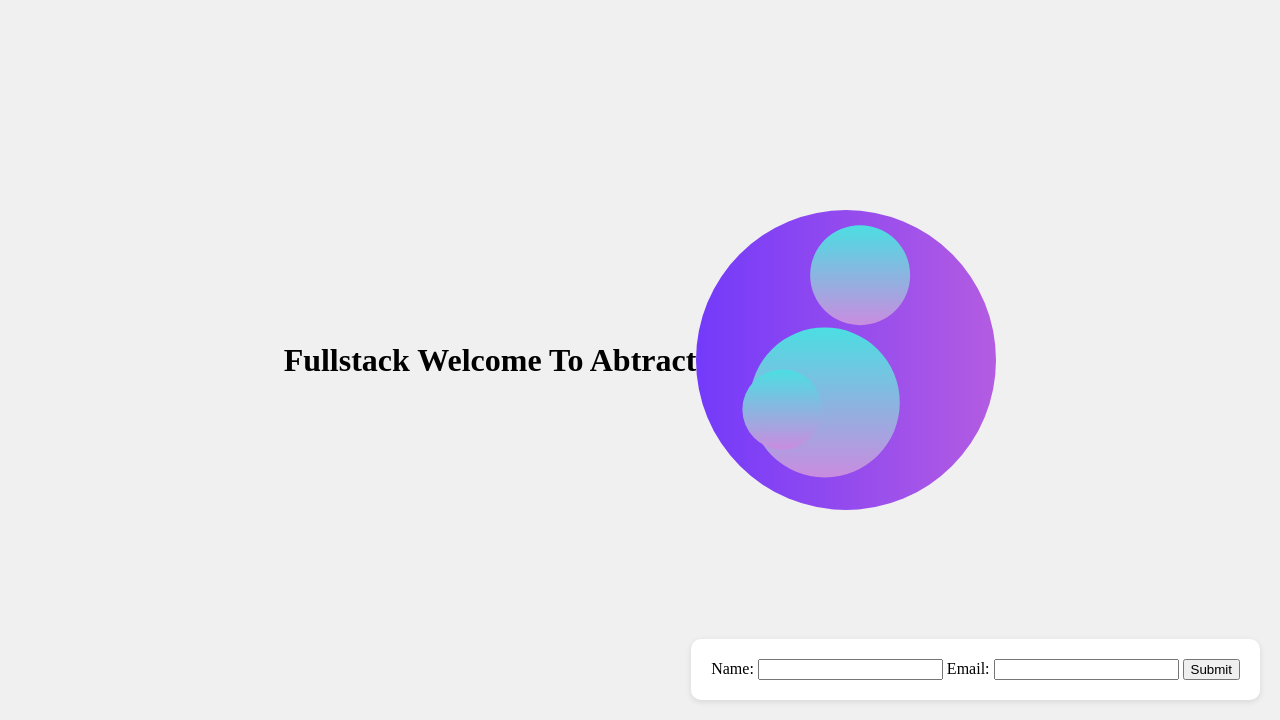
Repository: Melinda-Nanjad-Personal-Website/Personal-web
Page: picasso.html
An editor plug-in stored every save of this project. The page is shown before and after the next save, followed by the edit.
The browser window is 1280 px wide. The pictures show the whole page.

Above is the page before, as saved 2023-08-18 13:10:18.

### picasso.html
<!DOCTYPE html>
<html lang="en">
  <head>
    <meta charset="UTF-8" />
    <meta name="viewport" content="width=device-width, initial-scale=1.0" />
    <title>Document</title>
  </head>
  <link rel="stylesheet" href="picasso.css" />
  <body>
    <h1>Fullstack Welcome To Abtract</h1>

    <div class="artwork">
      <!-- Your abstract artwork goes here -->
    </div>

    <form class="interested-form" action="formsubmitted.html">
      <label for="name">Name:</label>
      <input type="text" id="name" name="name" required />

      <label for="email">Email:</label>
      <input type="email" id="email" name="email" required />

      <button type="submit">Submit</button>
    </form>
    <!DOCTYPE html>
    <html>
      <head>
        <title>Abstract Painting with CSS</title>
        <style>
          body {
            margin: 0;
            display: flex;
            align-items: center;
            justify-content: center;
            min-height: 100vh;
            background-color: #f0f0f0;
          }

          .abstract-painting {
            width: 300px;
            height: 300px;
            background: linear-gradient(45deg, #6633ff, #c163dd);
            border-radius: 50%;
            position: relative;
            transform: rotate(45deg);
            overflow: hidden;
          }

          .circle {
            position: absolute;
            width: 100px;
            height: 100px;
            background: linear-gradient(-45deg, #e47bdf, #31efe2);
            border-radius: 50%;
          }

          .circle-1 {
            top: 30px;
            left: 50px;
          }

          .circle-2 {
            top: 120px;
            right: 60px;
            width: 150px;
            height: 150px;
          }

          .circle-3 {
            bottom: 30px;
            left: 100px;
            width: 80px;
            height: 80px;
          }
        </style>
      </head>
      <body>
        <div class="abstract-painting">
          <div class="circle circle-1"></div>
          <div class="circle circle-2"></div>
          <div class="circle circle-3"></div>
        </div>
      </body>
    </html>
  </body>
</html>

### picasso.css
/* Reset some default styles */
body,
h1,
h2,
p {
  margin: 0;
  padding: 0;
}

/* Create a container for the artwork */
.artwork {
  display: flex;
  justify-content: center;
  align-items: center;
  min-height: 100vh; /* Viewport height */
  background-color: #a74cd1;
}

.abstract-painting {
  width: 300px;
  height: 300px;
  background: linear-gradient(45deg, #29dedb, #008cba);
  border-radius: 50%;
  position: relative;
  transform: rotate(45deg);
  overflow: hidden;
}

.circle {
  position: absolute;
  width: 100px;
  height: 100px;
  background: linear-gradient(-45deg, #c951b3, #e23d88);
  border-radius: 50%;
}

.circle-1 {
  top: 30px;
  left: 50px;
}

.circle-2 {
  top: 120px;
  right: 60px;
  width: 150px;
  height: 150px;
}

.circle-3 {
  bottom: 30px;
  left: 100px;
  width: 80px;
  height: 80px;
}

/* Styling for the form */
.interested-form {
  position: fixed;
  bottom: 20px;
  right: 20px;
  background-color: rgb(255, 255, 255);
  padding: 20px;
  border-radius: 10px;
  box-shadow: 0 2px 6px rgba(0, 0, 0, 0.1);
  z-index: 10; /* Ensure the form is on top */
}

/* Apply responsive design using media queries */
@media screen and (max-width: 1680px) {
  .artwork {
    background-color: #eee;
  }
}

@media screen and (max-width: 1024px) {
  .interested-form {
    bottom: 10px;
    right: 10px;
  }
}

@media screen and (max-width: 480px) {
  .interested-form {
    bottom: 5px;
    right: 5px;
    padding: 10px;
  }
}

After the next save:
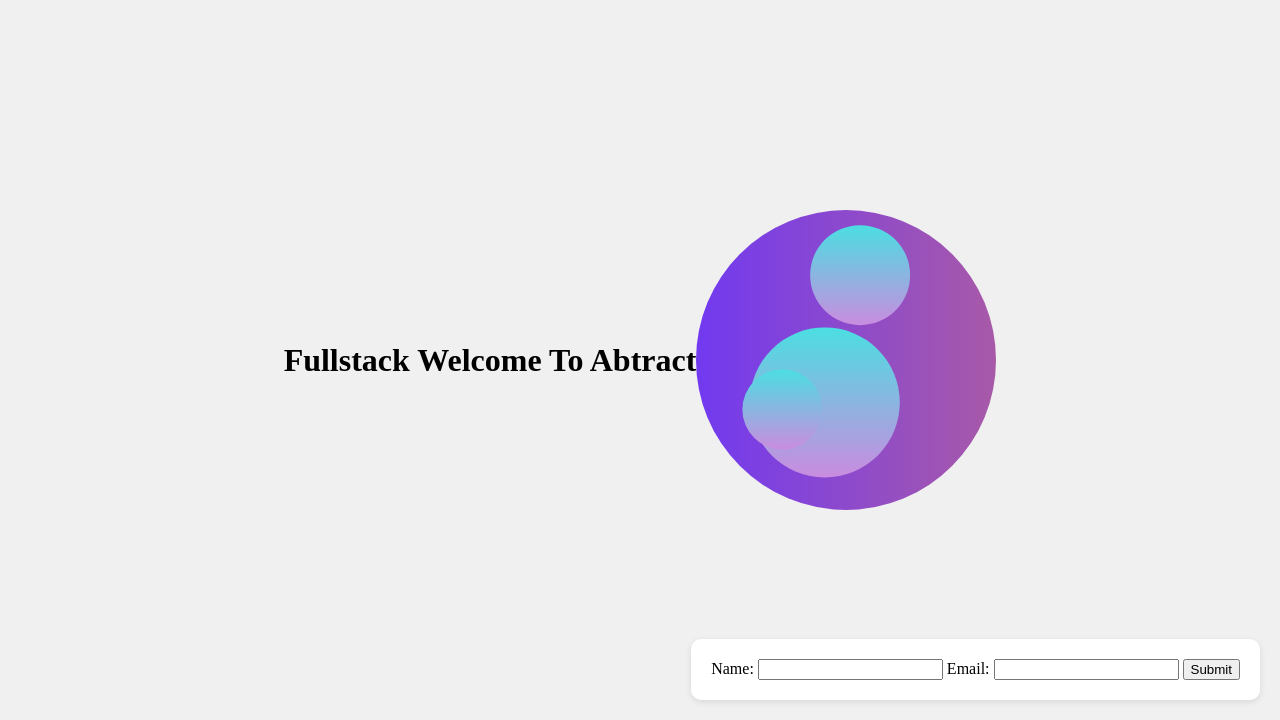
Saved 36 s later.
--- a/picasso.html
+++ b/picasso.html
@@ -39,7 +39,7 @@
           .abstract-painting {
             width: 300px;
             height: 300px;
-            background: linear-gradient(45deg, #6633ff, #c163dd);
+            background: linear-gradient(45deg, #6633ff, #b36099);
             border-radius: 50%;
             position: relative;
             transform: rotate(45deg);
